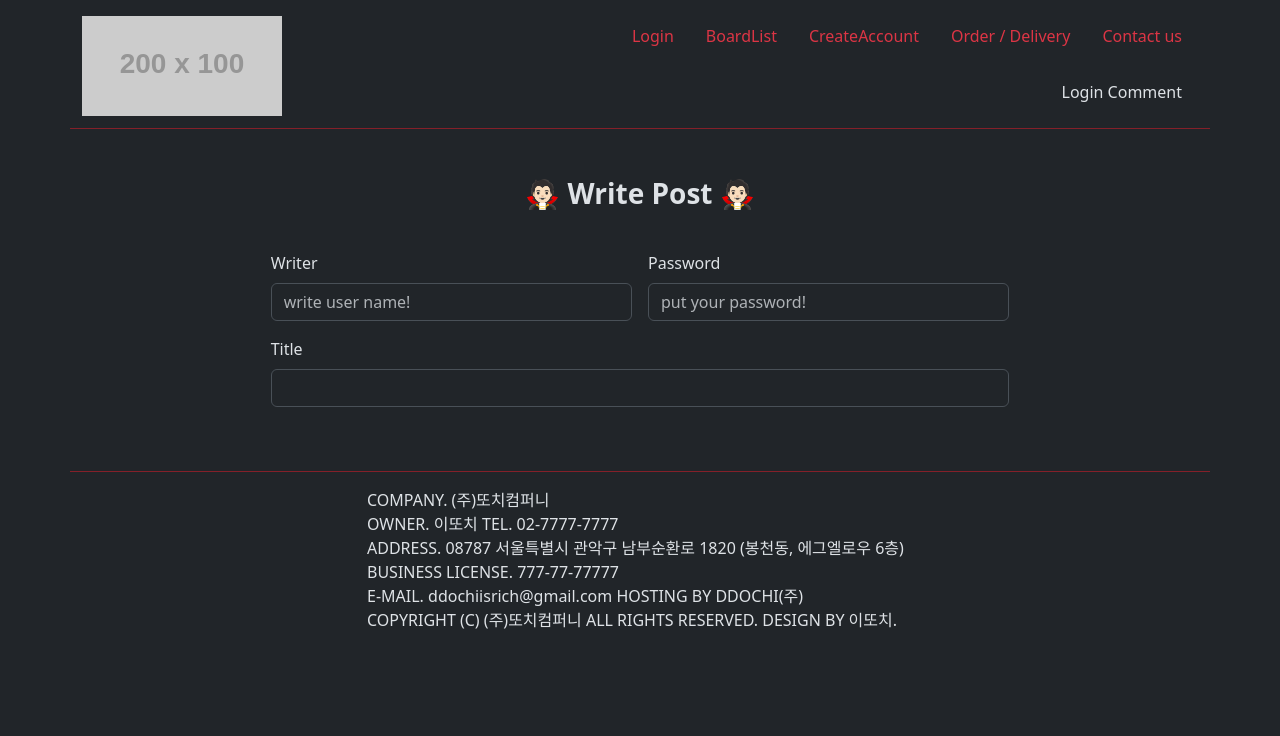
Repository: ddochiisrich/Ddochi-Web
Page: http://localhost/JSPClassCh06/writeForm
These files come from the project's save history. The page is drawn as it stood at one moment and after the next save; the edit follows.
The browser window is 1280 px wide. The pictures show the whole page.
The page is served by Tomcat 9.

Above is the page before, as saved 2024-04-11 04:48:20.

After the next save:
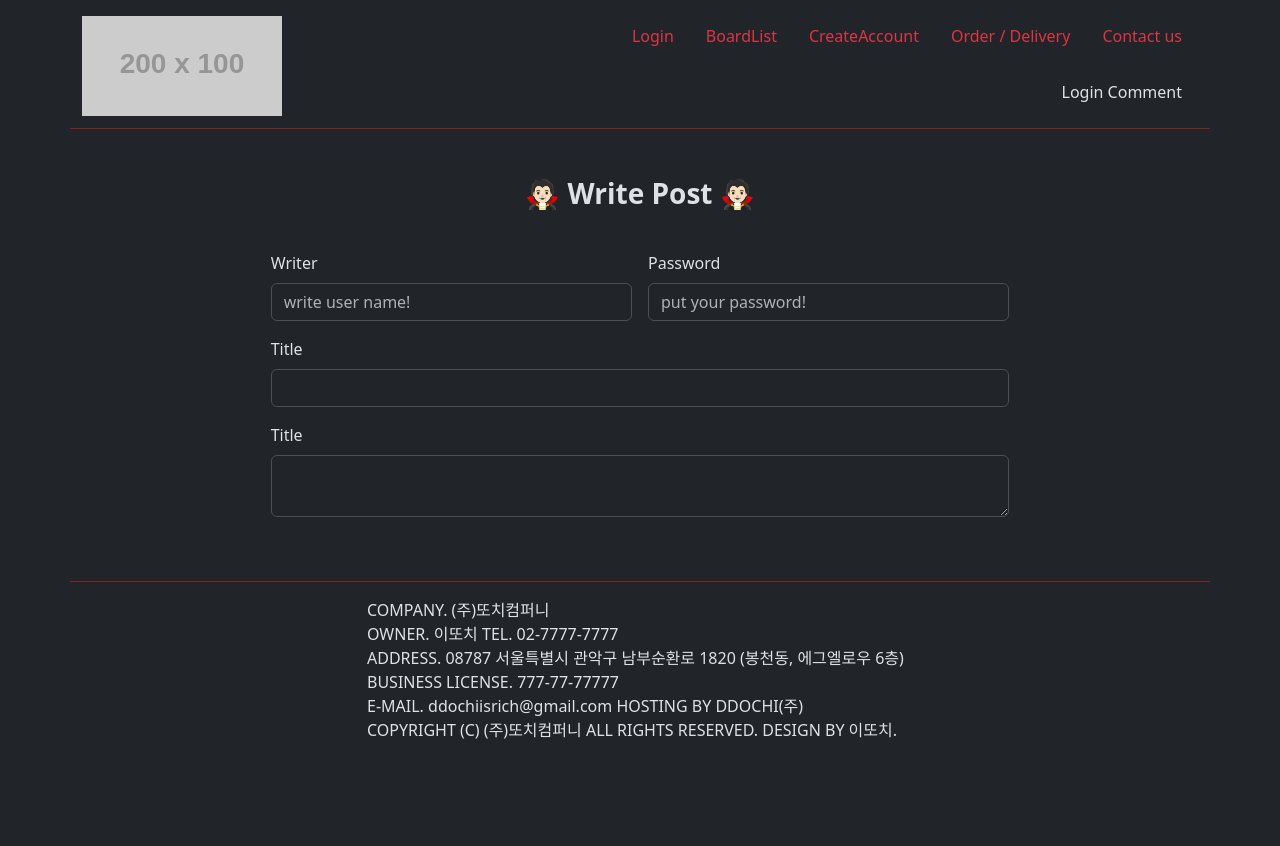
Saved 77 s later.
--- a/JSPClassCh06/src/main/webapp/WEB-INF/board/writeForm.jsp
+++ b/JSPClassCh06/src/main/webapp/WEB-INF/board/writeForm.jsp
@@ -36,7 +36,10 @@
 						<label for="pass" class="form-label">Password</label> <input type="password" class="form-control" id="pass" name="pass" placeholder="put your password!">
 					</div>
 					<div class="col-8 offset-2">
-						<label for="title" class="form-label">Title</label> <input type="text" class="form-control" id="title" name="title" placeholder="">
+						<label for="title" class="form-label">Title</label> <input type="text" class="form-control" id="title" name="title">
+					</div>
+					<div class="col-8 offset-2">
+						<label for="title" class="form-label">Title</label> <textarea class="form-control" id="content" name="content" row="10"></textarea>
 					</div>
 				</form>
 
